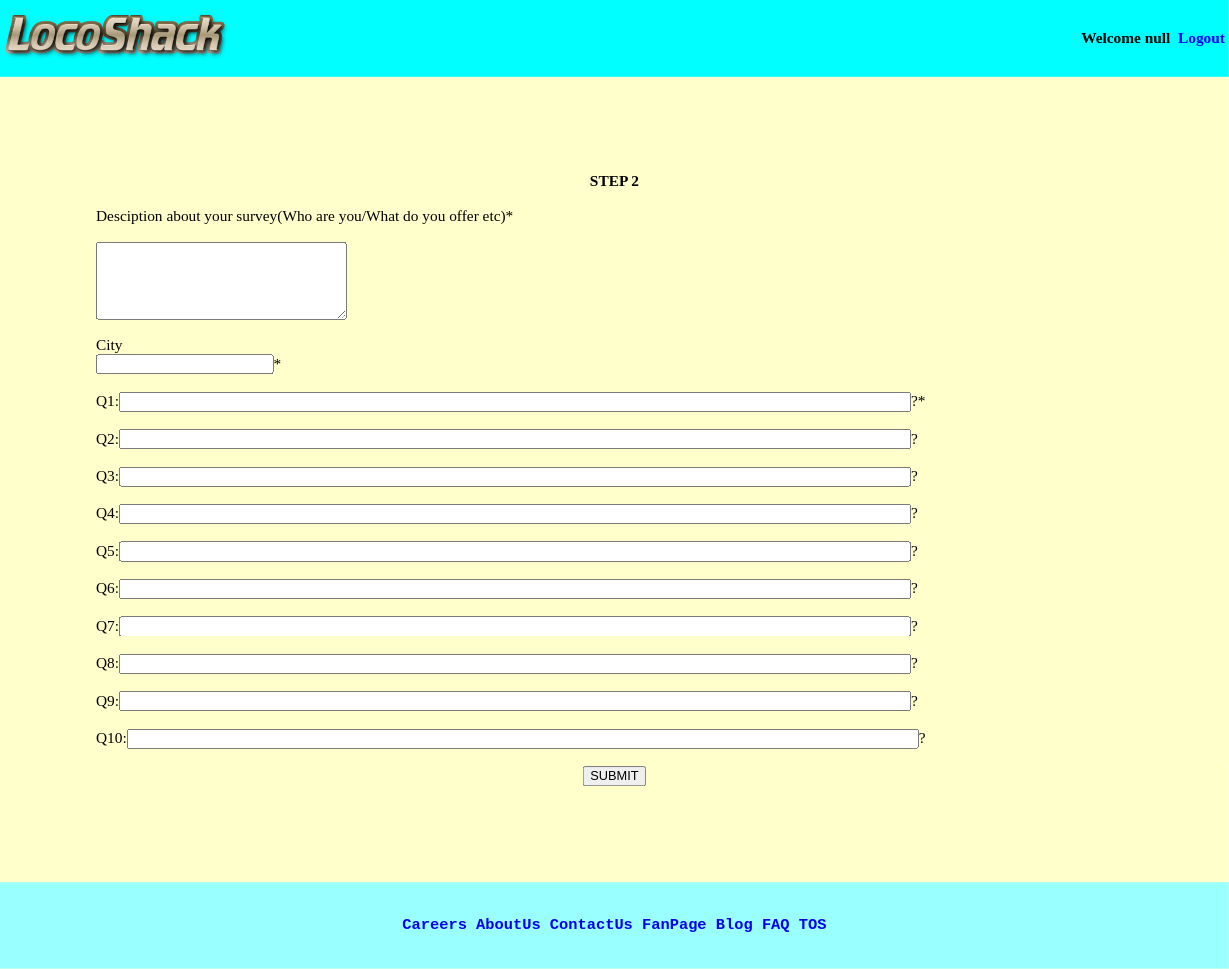
Repository: nicks707/LocoShack_TGMC-project
Page: http://localhost/ram/createsurvey2.jsp
These files come from the project's save history. The page is drawn as it stood at one moment and after the next save; the edit follows.
The browser window is 1280 px wide. The pictures show the whole page, at 96% of full size.
The page is served by Tomcat 9. Other server files are loaded and not shown.

Above is the page before, as saved 2012-03-21 08:58:34.

### ram/WebContent/createsurvey2.jsp
<%@ page language="java" contentType="text/html; charset=ISO-8859-1"
    pageEncoding="ISO-8859-1"%>
<!DOCTYPE html PUBLIC "-//W3C//DTD HTML 4.01 Transitional//EN" "http://www.w3.org/TR/html4/loose.dtd">
<html>
<head>
<meta http-equiv="Content-Type" content="text/html; charset=ISO-8859-1">
<title>LocoShack-Create Survey</title>
<style>
html, body,table
{
  height: 100%;
  width:100%;
}
</style>
<script type="text/javascript">
function checkfield()
{
	 if((document.myform.des.value.length==0)||(document.myform.city.value.length==0)||(document.myform.q1.value.length==0))

{
alert("FIELDS IS MANDATORY");
return false;
}

}
</script>
</head>
<body style="margin-top:0px;margin-left:0px;margin-right:0px">
<table width="100%" cellpadding="0" cellspacing="0"   style="background-color:#FFFFCC">
<tr height="60px"><td><jsp:include page="accheader.jsp"></jsp:include></td></tr>
<tr><td style="padding:100px; ">
<center><b>STEP 2</b></center><br/>
<form action="" name="myform" onsubmit="checkfield()">
Desciption about your survey(Who are you/What do you offer etc)*<br/><br/>
<textarea rows="5" cols="30" name="des" id="des"></textarea><br/><br/>
City<br/><input type="text" name="city" id="city">*<br/><br/>
Q1:<input type="text" name="q1" id="q1" size="100">?*<br/><br/>
Q2:<input type="text" name="q2" id="q2"size="100">?<br/><br/>
Q3:<input type="text" name="q3" id="q3" size="100">?<br/><br/>
Q4:<input type="text" name="q4" id="q4" size="100">?<br/><br/>
Q5:<input type="text" name="q5" id="q5" size="100">?<br/><br/>
Q6:<input type="text" name="q6" id="q6" size="100">?<br/><br/>
Q7:<input type="text" name="q7" id="q7" size="100">?<br/><br/>
Q8:<input type="text" name="q8" id="q8" size="100">?<br/><br/>
Q9:<input type="text" name="q9" id="q9" size="100">?<br/><br/>
Q10:<input type="text" name="q10" id="q10" size="100">?<br/><br/>


<center><input type='submit' value='SUBMIT'></center>



</form>
</td></tr>
<tr height="80px"><td><jsp:include page="footer.jsp"></jsp:include></td></tr>

</table>
</body>
</html>

### ram/WebContent/accheader.jsp
<%@ page language="java" contentType="text/html; charset=ISO-8859-1"
    pageEncoding="ISO-8859-1"%>
<!DOCTYPE html PUBLIC "-//W3C//DTD HTML 4.01 Transitional//EN" "http://www.w3.org/TR/html4/loose.dtd">
<html>
<head>
<meta http-equiv="Content-Type" content="text/html; charset=ISO-8859-1">
<title>Insert title here</title>
<style>
a{text-decoration: none;}
</style>
</head>
<body style="margin-top:0px;margin-left:0px;margin-right:0px">
<table bgcolor="#00FFFF" width="100%" cellpadding="0" cellspacing="0">
<tr height="80px"><td>&nbsp;<a href="main2.jsp"><img src="images/logo.png" border="0px" height="50px"></img></a></td><td>&nbsp;</td><td align="right"><b>Welcome <%=session.getAttribute("id") %> <a href="logout.jsp">&nbsp;Logout&nbsp;</a><b></b></td></tr>
</table>


</body>

</body>
</html>

### ram/WebContent/footer.jsp
<%@ page language="java" contentType="text/html; charset=ISO-8859-1"
    pageEncoding="ISO-8859-1"%>
<!DOCTYPE html PUBLIC "-//W3C//DTD HTML 4.01 Transitional//EN" "http://www.w3.org/TR/html4/loose.dtd">
<html>
<head>
<meta http-equiv="Content-Type" content="text/html; charset=ISO-8859-1">
<title>Insert title here</title>
</head>
<style>
a{text-decoration:none;}
</style>
<body style="margin-top:0px;margin-left:0px;margin-right:0px;">
<table width=100% border="0px" cellpadding="0px" cellspacing="0px">
<tr    bgcolor="#99FFFF" style="height:90px;">
<td  colspan="3" width="100%"  align="center"> <font color="#330099" face="Courier New, Courier, monospace"><b><a href="careers.jsp">Careers</a> <a href="abtus.jsp">AboutUs</a> <a href="contact.jsp">ContactUs</a> <a href="http://www.facebook.com">FanPage</a> <a href="blog.jsp">Blog</a> <a href="faq.jsp">FAQ</a> <a href="tos.jsp">TOS</a></b></font></td>
</tr>


</table>

</body>
</html>

After the next save:
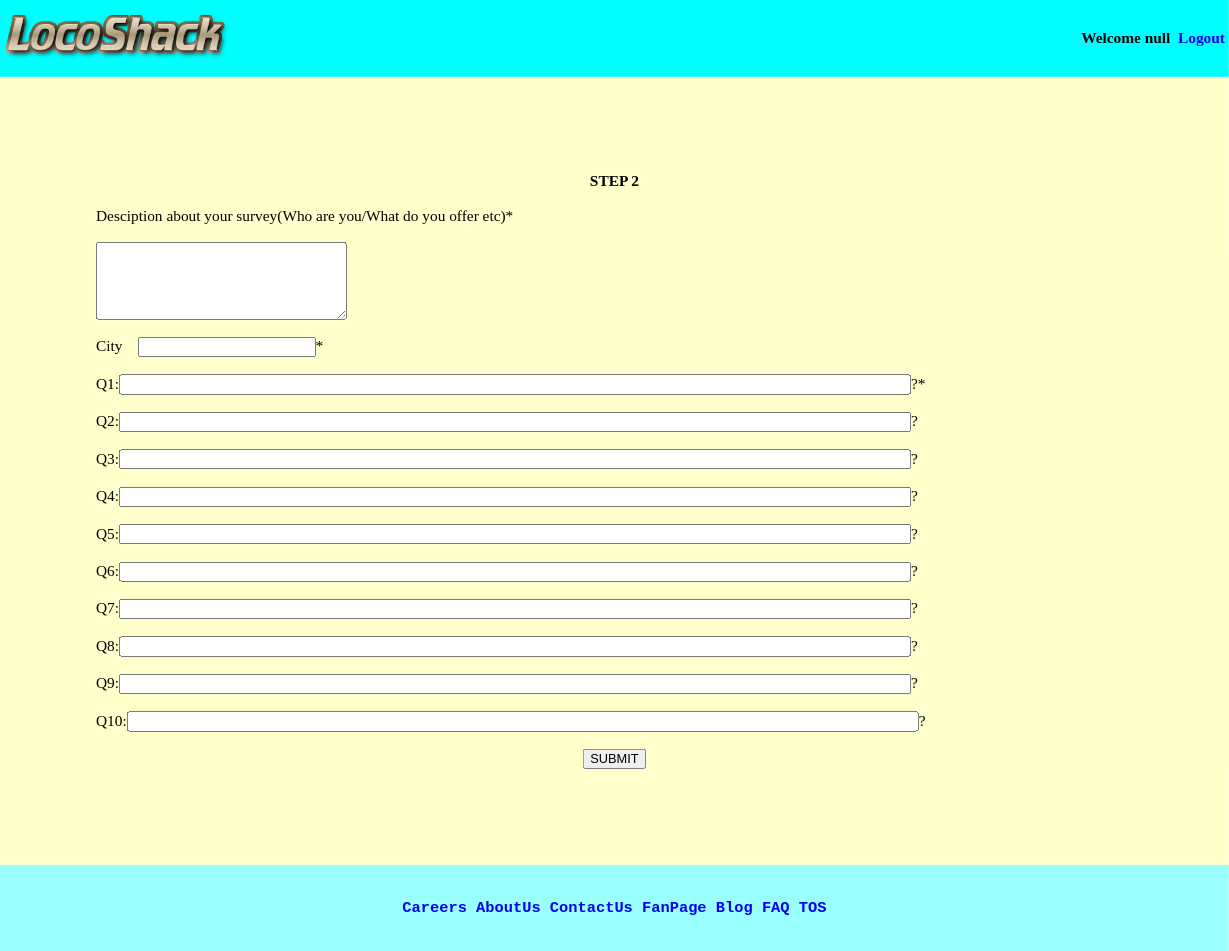
Saved 45 s later.
--- a/ram/WebContent/createsurvey2.jsp
+++ b/ram/WebContent/createsurvey2.jsp
@@ -33,7 +33,7 @@ return false;
 <form action="" name="myform" onsubmit="checkfield()">
 Desciption about your survey(Who are you/What do you offer etc)*<br/><br/>
 <textarea rows="5" cols="30" name="des" id="des"></textarea><br/><br/>
-City<br/><input type="text" name="city" id="city">*<br/><br/>
+City&nbsp;&nbsp;&nbsp;&nbsp;<input type="text" name="city" id="city">*<br/><br/>
 Q1:<input type="text" name="q1" id="q1" size="100">?*<br/><br/>
 Q2:<input type="text" name="q2" id="q2"size="100">?<br/><br/>
 Q3:<input type="text" name="q3" id="q3" size="100">?<br/><br/>
